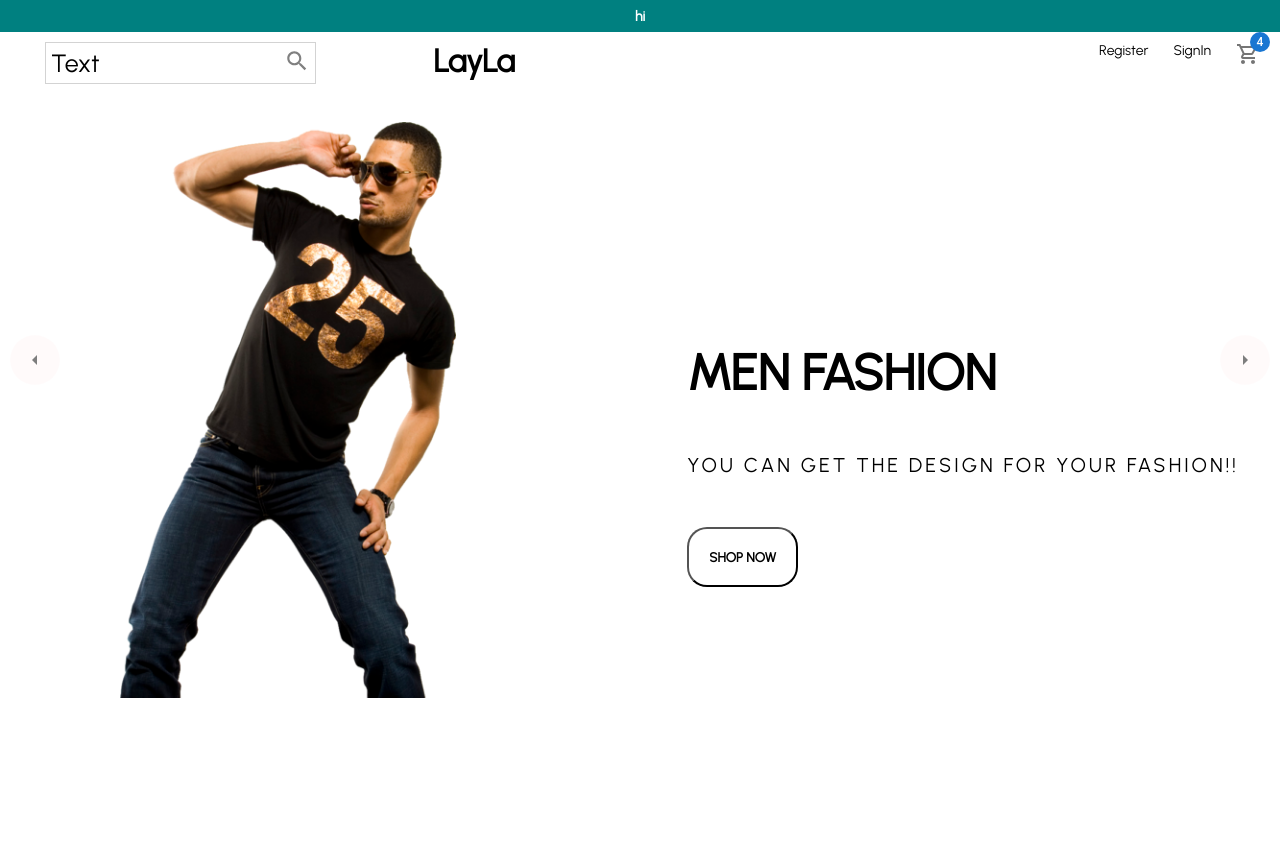
Repository: WaiMaungMaung/React_Ecom
Page: /
These files come from the project's save history. The page is drawn as it stood at one moment and after the next save; the edit follows.
The browser window is 1280 px wide. The pictures show the whole page.
The project was rebuilt for these pictures with package versions that can differ from the ones it lists, and the page was loaded fresh each time.

Above is the page before, as saved 2022-05-06 13:56:10.

### public/index.html
<!DOCTYPE html>
<html lang="en">
  <head>
    <meta charset="utf-8" />
    <link rel="icon" href="%PUBLIC_URL%/favicon.ico" />

    <link
      href="https://fonts.googleapis.com/css2?family=Urbanist&display=swap"
      rel="stylesheet"
    />

    <style>
      * {
        margin: 0;
        font-family: "Urbanist", sans-serif;
      }
    </style>
    <title>React App</title>
  </head>
  <body>
    <noscript>You need to enable JavaScript to run this app.</noscript>
    <div id="root"></div>
  </body>
</html>

### src/pages/Home.jsx
import React from "react";
import Announcements from "../components/Announcements";
import NavBar from "../components/NavBar";
import Slider from "../components/Slider";
const Home = () => {
  return (
    <div>
      <Announcements />

      <NavBar />
      <Slider />
    </div>
  );
};

export default Home;

### src/components/Announcements.jsx
import styled from "@emotion/styled";
const Container = styled.div`
  background-color: teal;
  height: 32px;
  display: flex;
  align-items: center;
  justify-content: center;
  color: white;
  font-size: 14px;
  font-weight: bold;
`;

const Announcements = () => {
  return <Container>hi</Container>;
};

export default Announcements;

### src/components/NavBar.jsx
import { Search, ShoppingCartOutlined } from "@material-ui/icons";
import React from "react";
import styled from "styled-components";
import { Badge } from "@mui/material";
const Container = styled.div`
  height: 60px;
`;

const Wrapper = styled.div`
  padding: 10px 20px;
  align-item: center;
  display: flex;
  justify-content: space-between;
`;

const SearchContainer = styled.div`
  border: 0.5px solid lightgray;
  margin-left: 25px;
  display: flex;
  align-item: center;
  padding: 5px;
`;
const Input = styled.input`
  border: none;
  margin-left: 20px;
  font-size: 14px;
`;

const Language = styled.span`
  font-size: 25px;
  cursor: pointer;
`;
const Left = styled.div`
  flex: 1;
  display: flex;
`;

const Center = styled.div`
  flex: 1;
`;

const Logo = styled.h1`
  font-weight: bold;
`;

const MenuItem = styled.div`
  font-size: 14px;
  cursor: pointer;
  align-item: center;
  margin-left: 25px;
`;
const Right = styled.div`
  flex: 1;
  display: flex;
  align-item: center;
  justify-content: flex-end;
`;
const NavBar = () => {
  return (
    <Container>
      <Wrapper>
        <Left>
          <SearchContainer>
            <Language>Text</Language>
            <Input />
            <Search style={{ color: "grey", fontSize: "26px" }} />
          </SearchContainer>
        </Left>
        <Center>
          <Logo>LayLa</Logo>
        </Center>
        <Right>
          <MenuItem>Register</MenuItem>
          <MenuItem>SignIn</MenuItem>

          <MenuItem>
            <Badge badgeContent={4} color="primary">
              <ShoppingCartOutlined color="action" />
            </Badge>
          </MenuItem>
        </Right>
      </Wrapper>
    </Container>
  );
};

export default NavBar;

### src/components/Slider.jsx
import styled from "@emotion/styled";
import { ArrowLeftOutlined, ArrowRightOutlined } from "@material-ui/icons";
import React from "react";
import Clothes from "../img/clothes.png";
const Container = styled.div`
  width: 100%;
  height: 100vh;
  display: flex;
`;
const Arrow = styled.div`
  width: 50px;
  height: 50px;
  background-color: #fff7f7;
  border-radius: 50%;
  display: flex;
  align-items: center;
  justify-content: center;
  position: absolute;
  top: 0;
  bottom: 0;
  margin: auto;
  cursor: pointer;
  opacity: 0.5;
  left: ${(props) => props.direction === "left" && "10px"};
  right: ${(props) => props.direction === "right" && "10px"};
`;
const Slide = styled.div`
  display: flex;
  height: 100vh;
  width: 98vw;
  align-item: center;
`;

const Image = styled.img`
  height: 80%;
`;
const ImgContainer = styled.div`
  height: 100%;
  margin-left: 120px;
  margin-top: 30px;
  flex: 1;
`;
const Wrapper = styled.div`
  height: 100%;
`;
const InfoContainer = styled.div`
  flex: 1;
  padding-top: 250px;
`;

const Title = styled.h1`
  font-size: 50px;
`;
const Desc = styled.p`
  margin: 50px 0;
  font-size: 20px;
  font-weight: 500;
  letter-spacing: 3px;
`;
const Button = styled.button`
  padding: 20px;
  background-color: transparent;
  font-weight: bolder;
  border-radius: 20px;
`;
const Slider = () => {
  return (
    <Container>
      <Arrow direction="left">
        <ArrowLeftOutlined />
      </Arrow>
      <Wrapper>
        <Slide>
          <ImgContainer>
            <Image src={Clothes} />
          </ImgContainer>
          <InfoContainer>
            <Title>MEN FASHION</Title>
            <Desc>YOU CAN GET THE DESIGN FOR YOUR FASHION!!</Desc>
            <Button>SHOP NOW</Button>
          </InfoContainer>
        </Slide>
      </Wrapper>

      <Arrow direction="right">
        <ArrowRightOutlined />
      </Arrow>
    </Container>
  );
};

export default Slider;

Loaded but not shown: src/index.js (common file); src/App.js (common file)

After the next save:
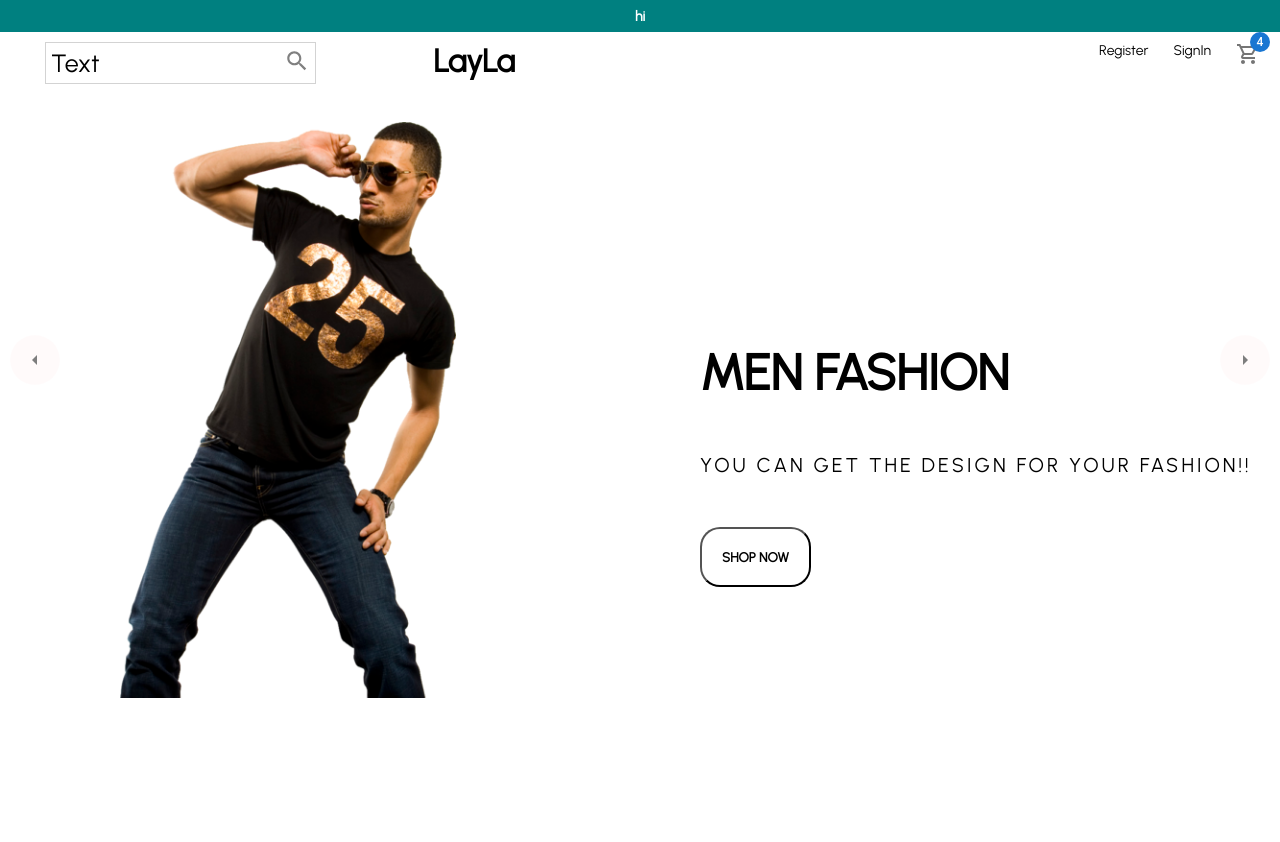
Saved 98 s later.
--- a/src/components/Slider.jsx
+++ b/src/components/Slider.jsx
@@ -27,7 +27,7 @@ const Arrow = styled.div`
 const Slide = styled.div`
   display: flex;
   height: 100vh;
-  width: 98vw;
+  width: 100vw;
   align-item: center;
 `;
 
